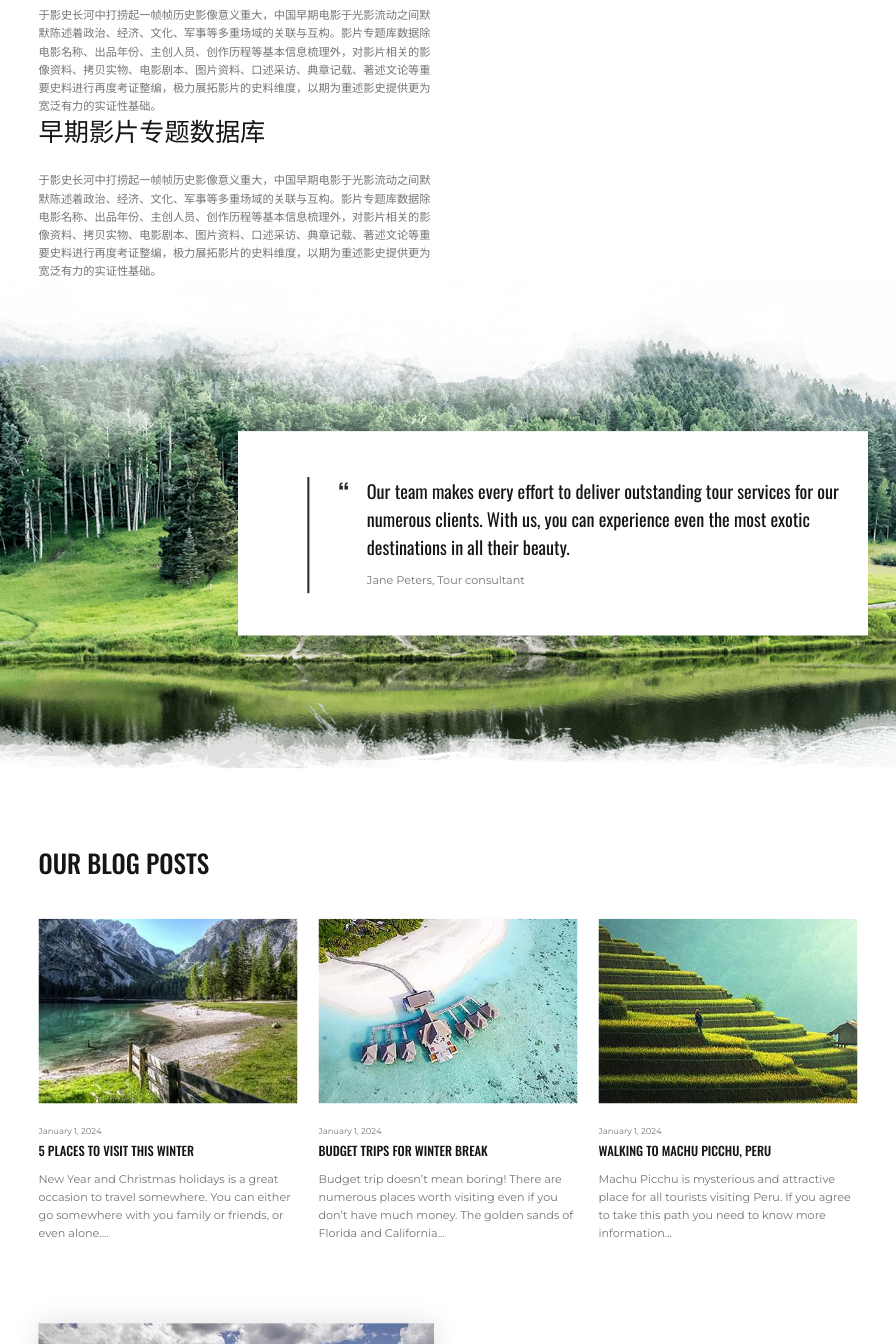
Repository: Jquarker/Modern-Film-Database
Page: index.html
An editor plug-in stored every save of this project. The page is shown before and after the next save, followed by the edit.
The browser window is 1280 px wide. The pictures show the part of the page from y = 3758 to 5678 px (the page is 6195 px tall before and 6325 px after), at 70% of full size.

Above is the page before, as saved 2025-02-21 11:47:49.

After the next save:
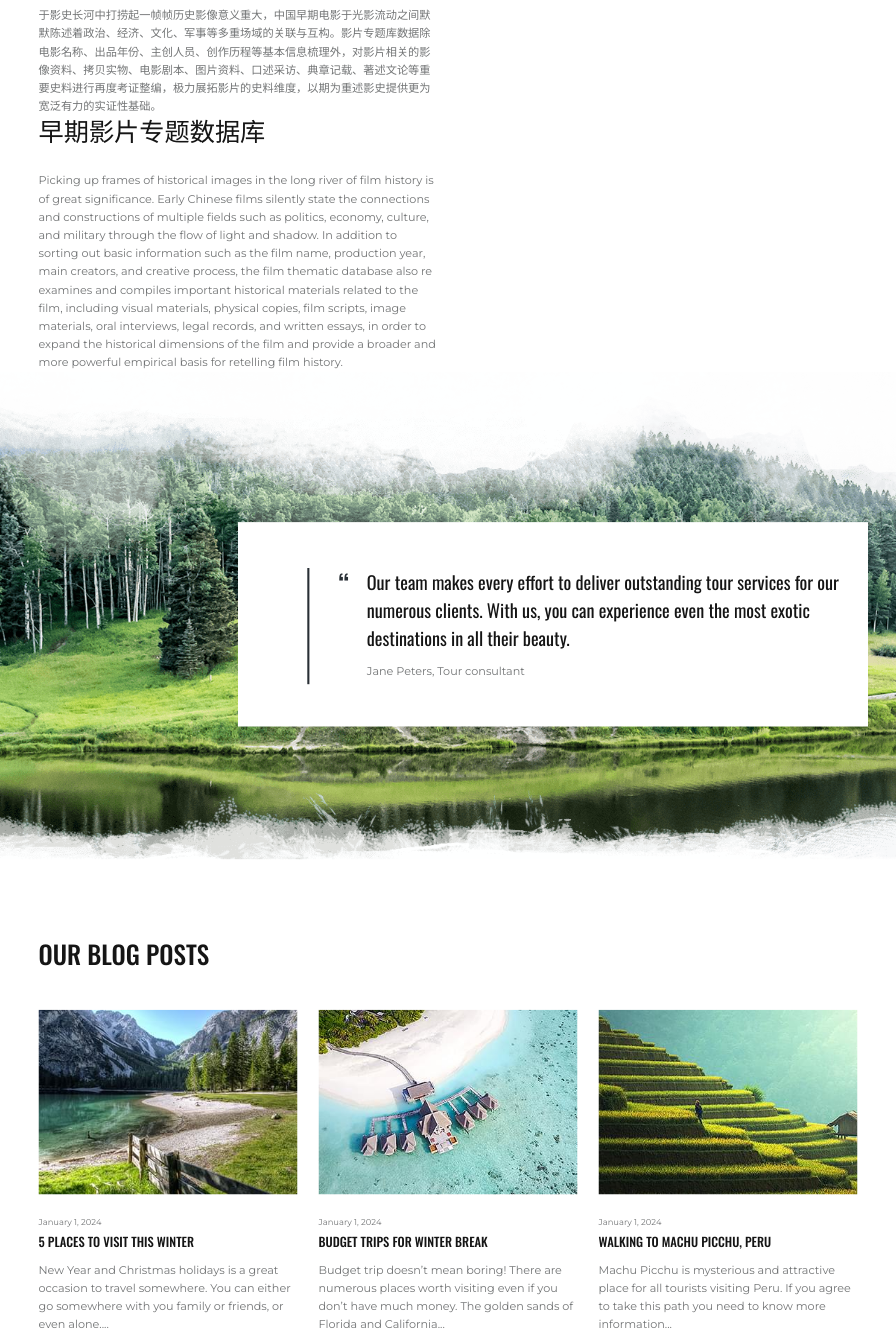
Saved 32 s later.
--- a/index.html
+++ b/index.html
@@ -250,7 +250,13 @@
             <h2>早期影片专题数据库</h2>
             <div class="row row-40 offset-lg">
               <div class="col-xl-6 wow fadeInLeft">
-                <p>于影史长河中打捞起一帧帧历史影像意义重大，中国早期电影于光影流动之间默默陈述着政治、经济、文化、军事等多重场域的关联与互构。影片专题库数据除电影名称、出品年份、主创人员、创作历程等基本信息梳理外，对影片相关的影像资料、拷贝实物、电影剧本、图片资料、口述采访、典章记载、著述文论等重要史料进行再度考证整编，极力展拓影片的史料维度，以期为重述影史提供更为宽泛有力的实证性基础。
+                <p>Picking up frames of historical images in the long river of film history is of great significance. Early Chinese films
+                silently state the connections and constructions of multiple fields such as politics, economy, culture, and military
+                through the flow of light and shadow. In addition to sorting out basic information such as the film name, production
+                year, main creators, and creative process, the film thematic database also re examines and compiles important historical
+                materials related to the film, including visual materials, physical copies, film scripts, image materials, oral
+                interviews, legal records, and written essays, in order to expand the historical dimensions of the film and provide a
+                broader and more powerful empirical basis for retelling film history.
                           </p>
                         </div>
                         </ul>
